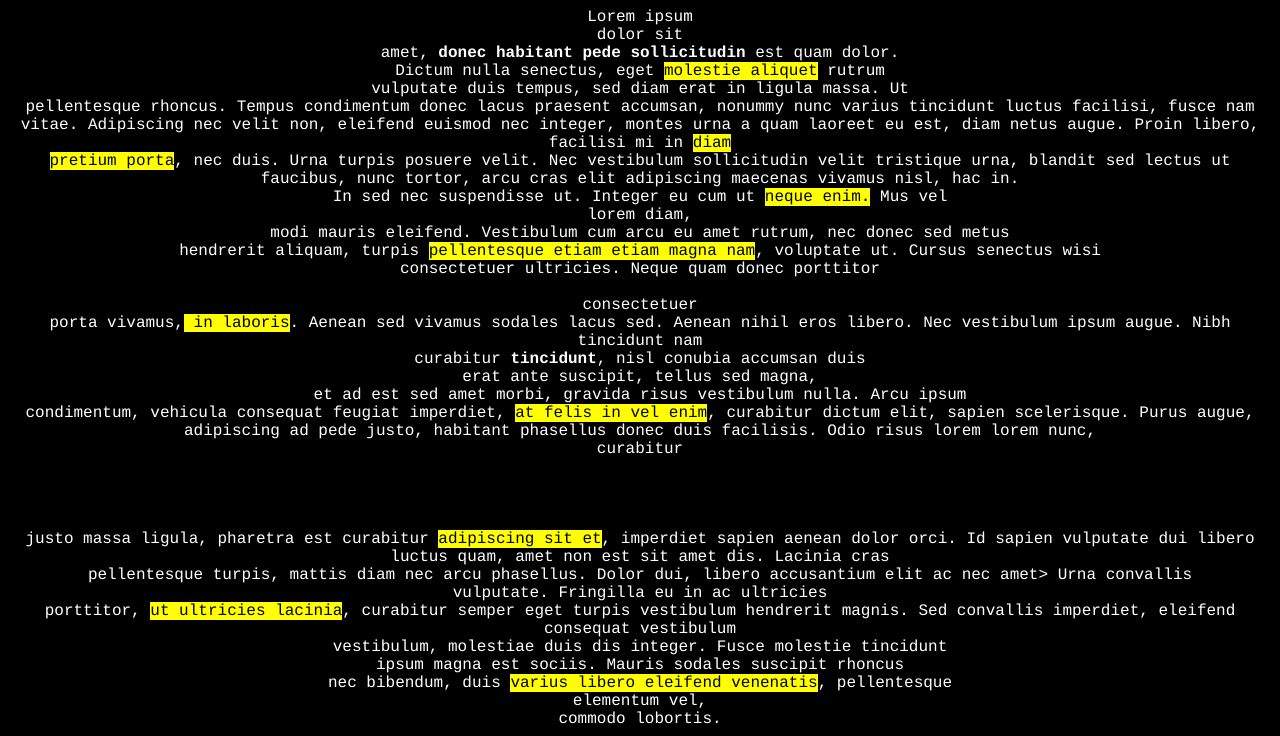
Repository: diasm568/diasm568.github.io
Page: lab/composition.html
The author's editor kept a record of every edit. The page is drawn from the files as they stood at one moment, then again after the next edit.
The browser window is 1280 px wide. The pictures show the whole page.

Above is the page before.

### lab/composition.html
<center>
<body bgcolor="black">
<font color="white">
<font face="courier" color="white">
Lorem ipsum <br> dolor sit<br> amet, <strong>donec habitant pede sollicitudin</strong> est quam dolor. <br>Dictum nulla senectus, eget <mark>molestie aliquet</mark> rutrum <br>vulputate duis tempus, sed diam erat in ligula massa. Ut <br>pellentesque rhoncus. Tempus condimentum donec lacus praesent accumsan, nonummy nunc varius tincidunt luctus facilisi, fusce nam vitae. Adipiscing nec velit non, eleifend euismod nec integer, montes urna a quam laoreet eu est, diam netus augue. Proin libero, facilisi mi in <mark> diam<br> pretium porta</mark>, nec duis. Urna turpis posuere velit. Nec vestibulum sollicitudin velit tristique urna, blandit sed lectus ut faucibus, nunc tortor, arcu cras elit adipiscing maecenas vivamus nisl, hac in.<br> In sed nec suspendisse ut.
Integer eu cum ut <mark>neque enim.</mark> Mus vel <br>lorem diam, <br>modi mauris eleifend. Vestibulum cum arcu eu amet rutrum, nec donec sed metus<br> hendrerit aliquam, turpis <mark>pellentesque etiam etiam magna nam</mark>, voluptate ut. Cursus senectus wisi <br>consectetuer ultricies. Neque quam donec porttitor <br><br>consectetuer <br>porta vivamus,<mark> in laboris</mark>. Aenean sed vivamus sodales lacus sed. Aenean nihil eros libero. Nec vestibulum ipsum augue.
Nibh tincidunt nam <br>curabitur <strong>tincidunt</strong>, nisl conubia accumsan duis <br>erat ante suscipit, tellus sed magna, <br>et ad est sed amet morbi, gravida risus vestibulum nulla. Arcu ipsum <br>condimentum, vehicula consequat feugiat imperdiet, <mark>at felis in vel enim</mark>, curabitur dictum elit, sapien scelerisque. Purus augue, adipiscing ad pede justo, habitant phasellus donec duis facilisis. Odio risus lorem lorem nunc, <br>curabitur<br><br><br><br><br> justo massa ligula, pharetra est curabitur <mark>adipiscing sit et</mark>, imperdiet sapien aenean dolor orci. Id sapien vulputate dui libero luctus quam, amet non est sit amet dis. Lacinia cras<br> pellentesque turpis, mattis diam nec arcu phasellus. Dolor dui, libero accusantium elit ac nec amet>
Urna convallis <br>vulputate. Fringilla eu in ac ultricies <br>porttitor, <mark>ut ultricies lacinia</mark>, curabitur semper eget turpis vestibulum hendrerit magnis. Sed convallis imperdiet, eleifend consequat vestibulum <br>vestibulum, molestiae duis dis integer. Fusce molestie tincidunt <br>ipsum magna est sociis. Mauris sodales suscipit rhoncus <br>nec bibendum, duis <mark>varius libero eleifend venenatis</mark>, pellentesque<br> elementum vel, <br>commodo lobortis.
</font>
</body>
</center>

After the next edit:
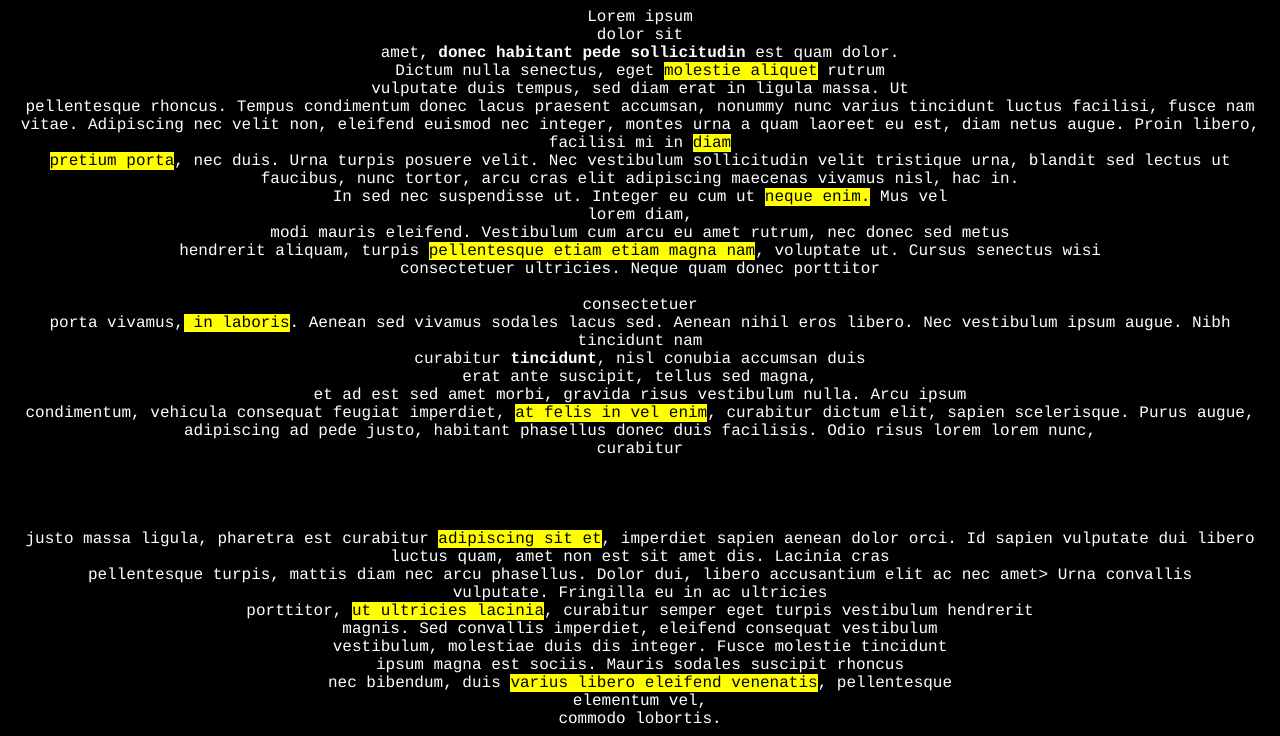
The edit:
--- a/lab/composition.html
+++ b/lab/composition.html
@@ -5,7 +5,7 @@
 Lorem ipsum <br> dolor sit<br> amet, <strong>donec habitant pede sollicitudin</strong> est quam dolor. <br>Dictum nulla senectus, eget <mark>molestie aliquet</mark> rutrum <br>vulputate duis tempus, sed diam erat in ligula massa. Ut <br>pellentesque rhoncus. Tempus condimentum donec lacus praesent accumsan, nonummy nunc varius tincidunt luctus facilisi, fusce nam vitae. Adipiscing nec velit non, eleifend euismod nec integer, montes urna a quam laoreet eu est, diam netus augue. Proin libero, facilisi mi in <mark> diam<br> pretium porta</mark>, nec duis. Urna turpis posuere velit. Nec vestibulum sollicitudin velit tristique urna, blandit sed lectus ut faucibus, nunc tortor, arcu cras elit adipiscing maecenas vivamus nisl, hac in.<br> In sed nec suspendisse ut.
 Integer eu cum ut <mark>neque enim.</mark> Mus vel <br>lorem diam, <br>modi mauris eleifend. Vestibulum cum arcu eu amet rutrum, nec donec sed metus<br> hendrerit aliquam, turpis <mark>pellentesque etiam etiam magna nam</mark>, voluptate ut. Cursus senectus wisi <br>consectetuer ultricies. Neque quam donec porttitor <br><br>consectetuer <br>porta vivamus,<mark> in laboris</mark>. Aenean sed vivamus sodales lacus sed. Aenean nihil eros libero. Nec vestibulum ipsum augue.
 Nibh tincidunt nam <br>curabitur <strong>tincidunt</strong>, nisl conubia accumsan duis <br>erat ante suscipit, tellus sed magna, <br>et ad est sed amet morbi, gravida risus vestibulum nulla. Arcu ipsum <br>condimentum, vehicula consequat feugiat imperdiet, <mark>at felis in vel enim</mark>, curabitur dictum elit, sapien scelerisque. Purus augue, adipiscing ad pede justo, habitant phasellus donec duis facilisis. Odio risus lorem lorem nunc, <br>curabitur<br><br><br><br><br> justo massa ligula, pharetra est curabitur <mark>adipiscing sit et</mark>, imperdiet sapien aenean dolor orci. Id sapien vulputate dui libero luctus quam, amet non est sit amet dis. Lacinia cras<br> pellentesque turpis, mattis diam nec arcu phasellus. Dolor dui, libero accusantium elit ac nec amet>
-Urna convallis <br>vulputate. Fringilla eu in ac ultricies <br>porttitor, <mark>ut ultricies lacinia</mark>, curabitur semper eget turpis vestibulum hendrerit magnis. Sed convallis imperdiet, eleifend consequat vestibulum <br>vestibulum, molestiae duis dis integer. Fusce molestie tincidunt <br>ipsum magna est sociis. Mauris sodales suscipit rhoncus <br>nec bibendum, duis <mark>varius libero eleifend venenatis</mark>, pellentesque<br> elementum vel, <br>commodo lobortis.
+Urna convallis <br>vulputate. Fringilla eu in ac ultricies <br>porttitor, <mark>ut ultricies lacinia</mark>, curabitur semper eget turpis vestibulum hendrerit <br>magnis. Sed convallis imperdiet, eleifend consequat vestibulum <br>vestibulum, molestiae duis dis integer. Fusce molestie tincidunt <br>ipsum magna est sociis. Mauris sodales suscipit rhoncus <br>nec bibendum, duis <mark>varius libero eleifend venenatis</mark>, pellentesque<br> elementum vel, <br>commodo lobortis.
 </font>
 </body>
 </center>
